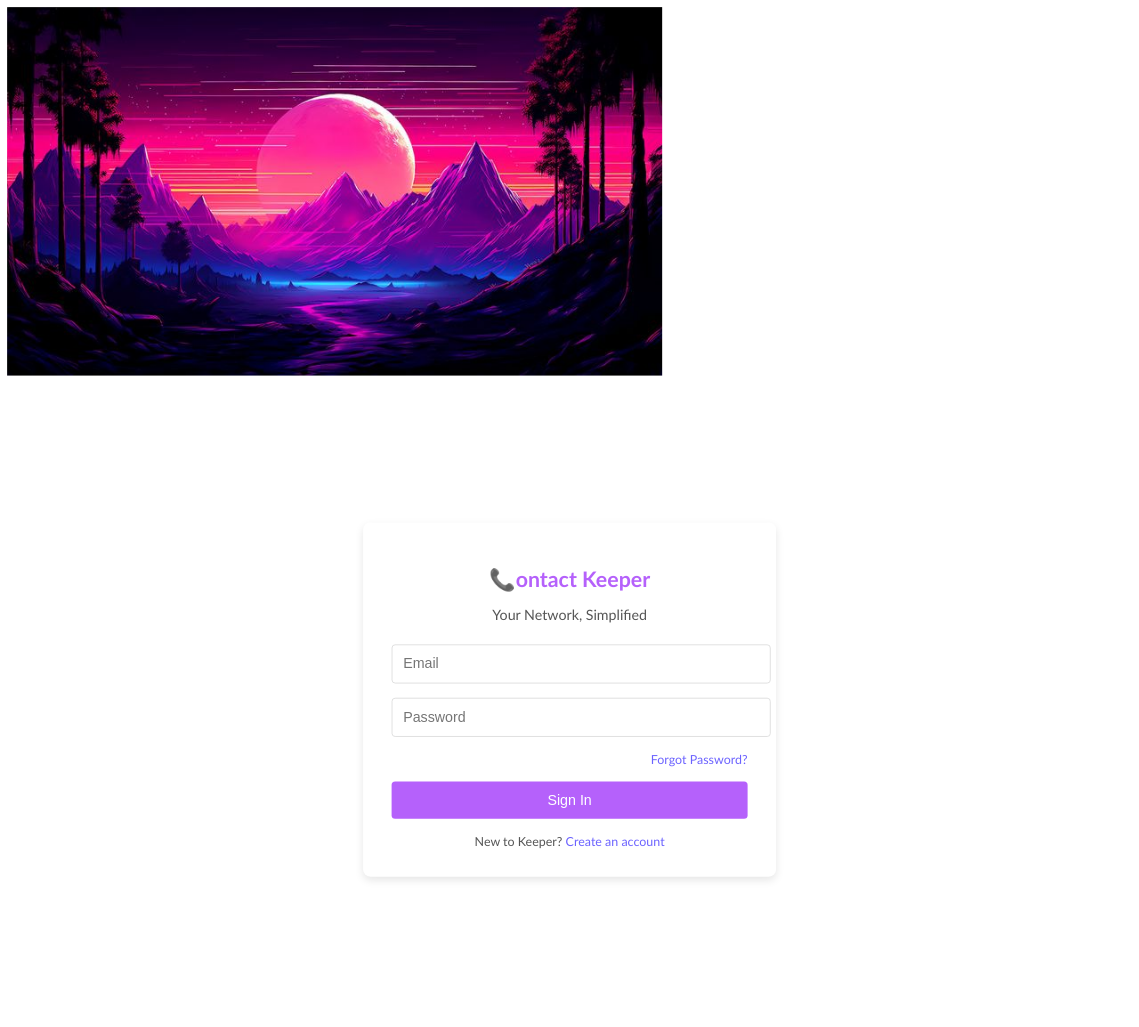
Repository: honexly/melbert-loginapp
Page: /
An editor plug-in stored every save of this project. The page is shown before and after the next save, followed by the edit.
The browser window is 1280 px wide. The pictures show the whole page, at 89% of full size.
The project was rebuilt for these pictures with package versions that can differ from the ones it lists, and the page was loaded fresh each time. Also part of the build but not shown: vue.config.js, src/pages/LoginPage.vue.

Above is the page before, as saved 2024-12-09 12:11:38.

After the next save:
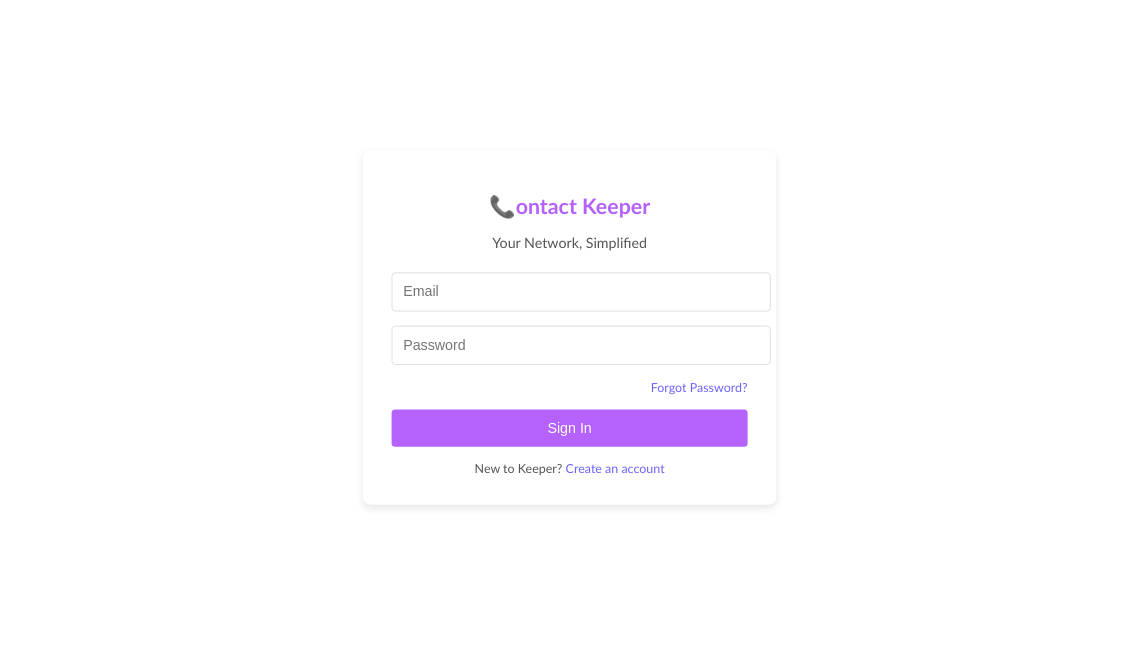
Saved 9 s later.
--- a/src/App.vue
+++ b/src/App.vue
@@ -1,8 +1,5 @@
 <template>
   <div id="app">
-    <div class="background-img">
-        <img src="@/assets/background-img.jpg">
-      </div>
     <div class="form-wrapper">
     <div class="form-card">
       <!-- Logo and Description -->

After the save that followed:
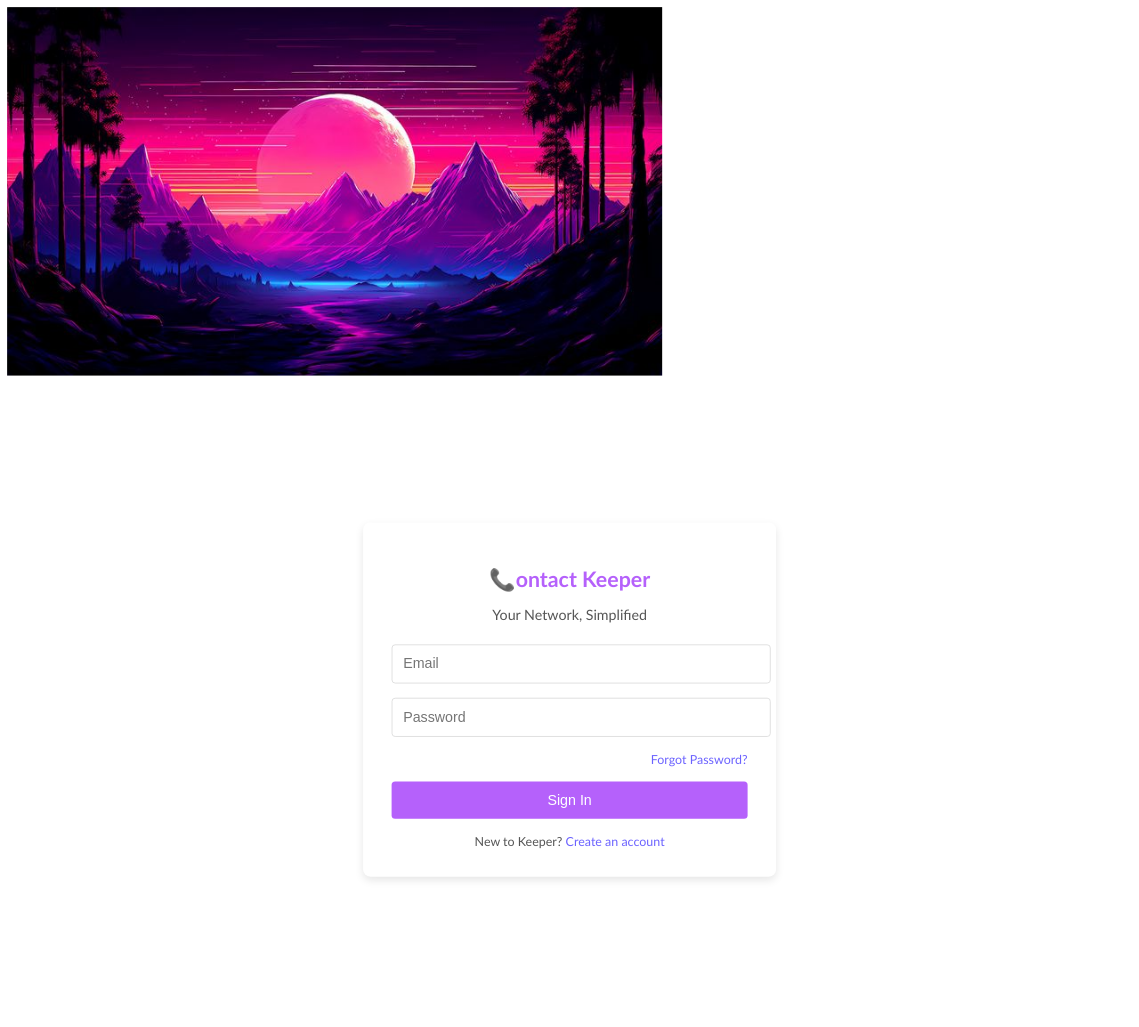
Saved 18 s later.
--- a/src/App.vue
+++ b/src/App.vue
@@ -1,5 +1,8 @@
 <template>
   <div id="app">
+    <div class="background-img">
+        <img src="@/assets/background-img.jpg">
+      </div>
     <div class="form-wrapper">
     <div class="form-card">
       <!-- Logo and Description -->
